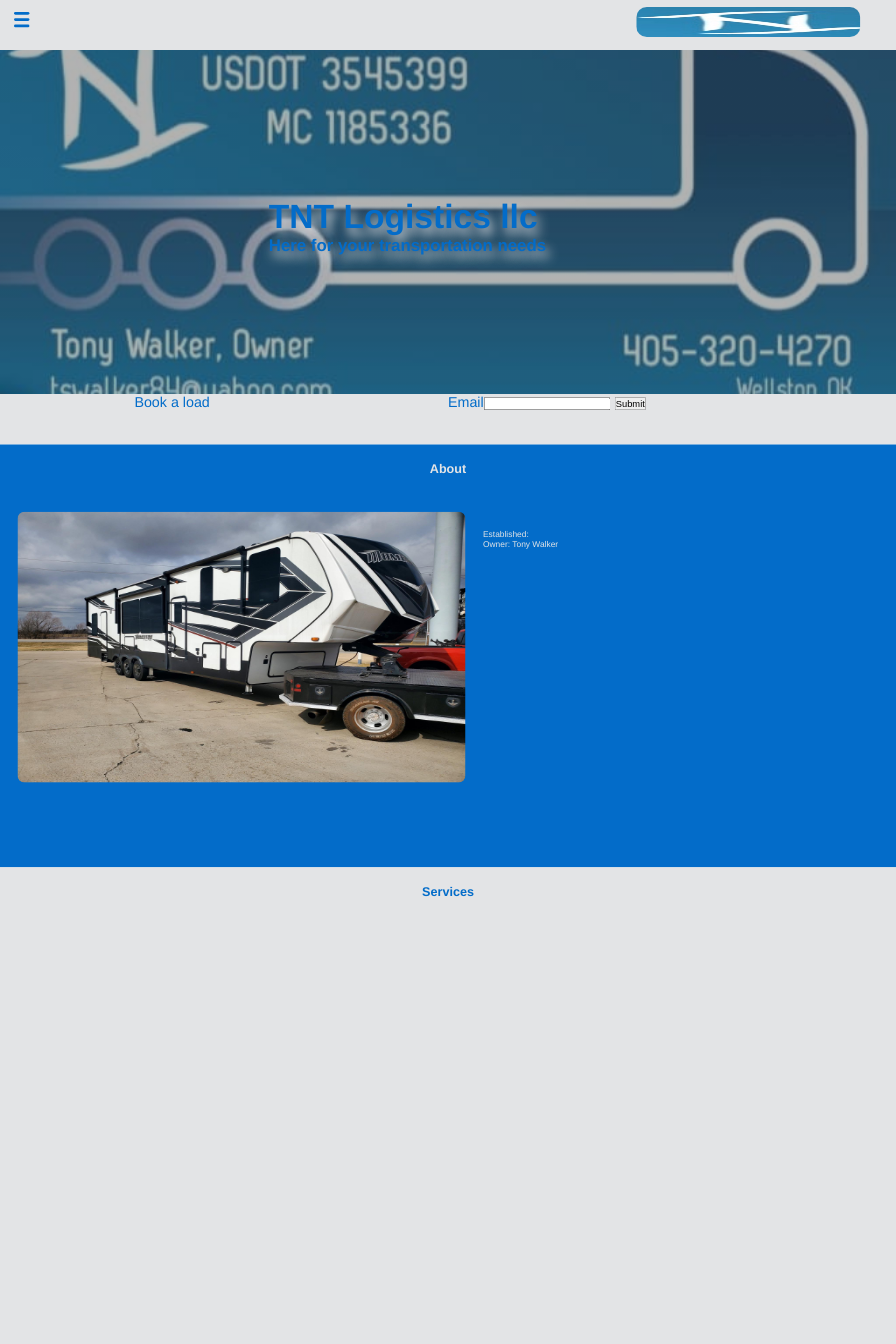
Repository: tommygoverstreet/tntlogisticsllc
Page: index.html
These files come from the project's save history. The page is drawn as it stood at one moment and after a run of saves; the edit follows.
The browser window is 1280 px wide. The pictures show the part of the page from y = 0 to 1920 px (the page is 3647 px tall), at 70% of full size.
Backgrounds fixed to the window are drawn as part of the page. Some web fonts or font styles are not loaded; a fallback is used.

Above is the page before, as saved 2022-04-18 22:55:15.

After the next 2 saves:
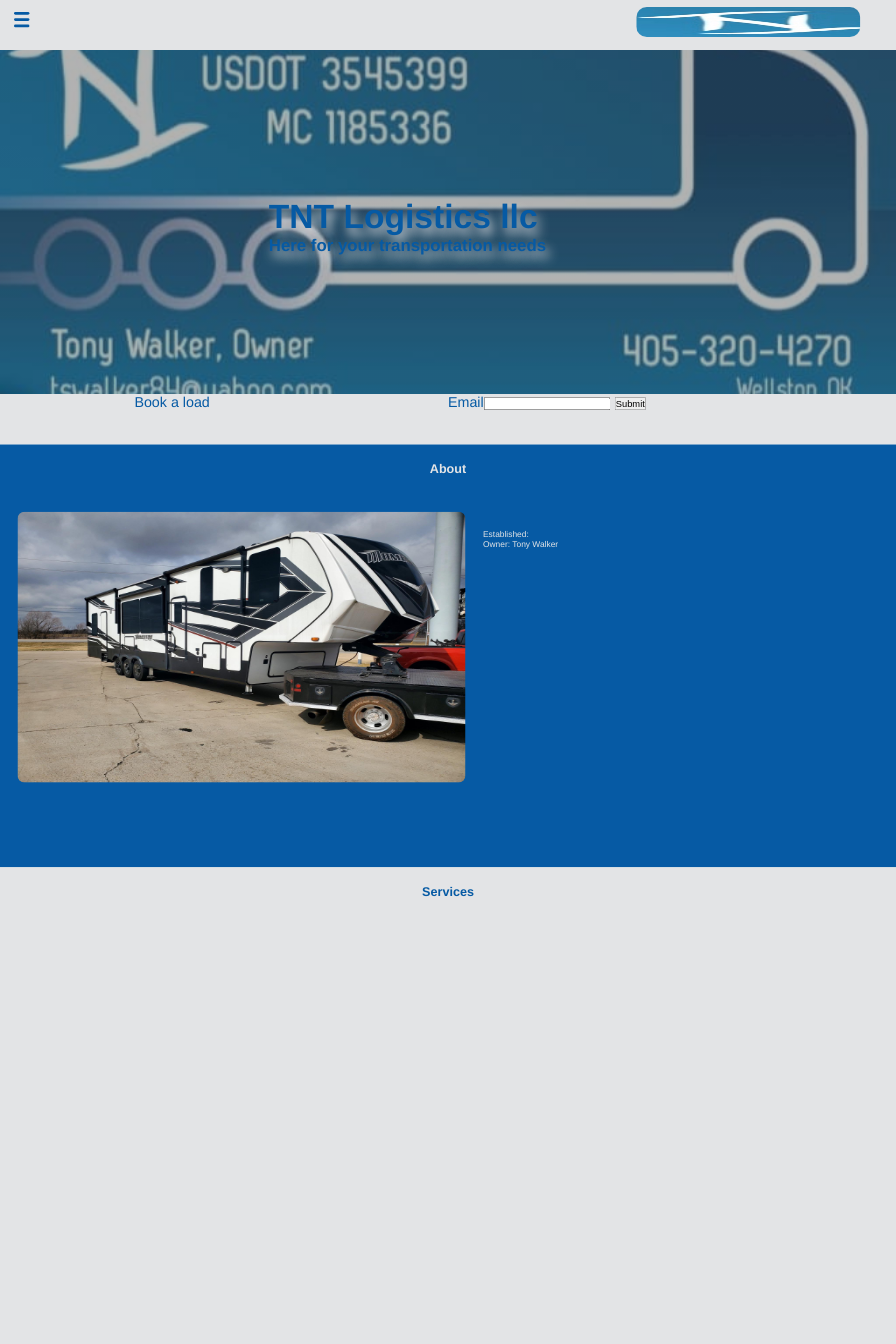
The 2 saves are shown as one change because they came seconds apart.
The last was saved 44 s later.
--- a/style/main.css
+++ b/style/main.css
@@ -1,7 +1,7 @@
 @import url("https://fonts.googleapis.com/css2?family=Bebas+Neue&family=Square+Peg&display=swap");
 
 :root {
- --secondary: #036cc9;
+ --secondary: #065aa4;
  --main: rgb(227, 228, 230);
  --light: rgb(145, 148, 153);
  --dark: #1D2731;
